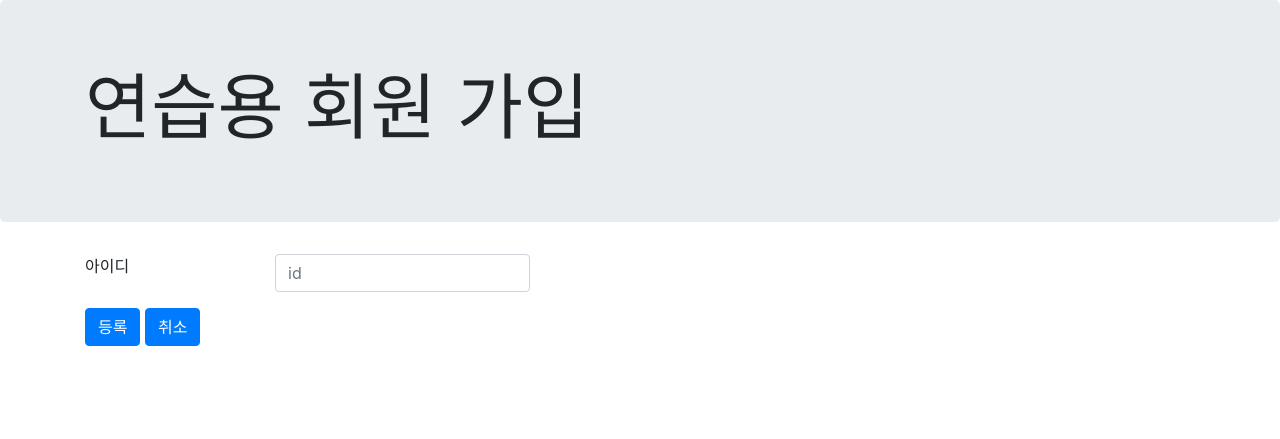
Repository: hodob/JSP_Practice
Page: http://localhost/JSP_WebMarket_JJH/ch06_ex/sign_up.jsp
The author's editor kept a copy of each file at every save. The page is drawn from the files as they stood at one save, then again after the next save.
The browser window is 1280 px wide. The pictures show the whole page.
The page is served by Tomcat 9.

Above is the page before, as saved 2022-08-10 07:52:07.

After the next save:
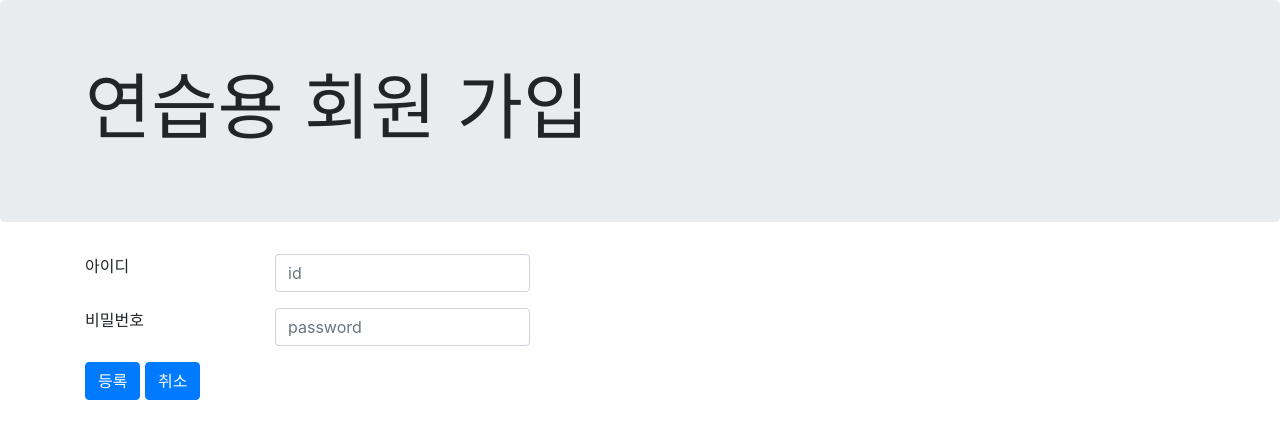
Saved 11 s later.
--- a/JSP_WebMarket_JJH/WebContent/ch06_ex/sign_up.jsp
+++ b/JSP_WebMarket_JJH/WebContent/ch06_ex/sign_up.jsp
@@ -31,18 +31,31 @@
 	</div>
 
 	<div class="container">
-		<form name="newMember" class="form-horizontal"  action="process_sign_up.jsp" method="post" onsubmit="return checkForm()">
+		<form name="newMember" class="form-horizontal"
+			action="process_sign_up.jsp" method="post"
+			onsubmit="return checkForm()">
 			<div class="form-group  row">
 				<label class="col-sm-2 ">아이디</label>
 				<div class="col-sm-3">
-					<input name="id" type="text" class="form-control" placeholder="id" >
+					<input name="id" type="text" class="form-control" placeholder="id">
+				</div>
+			</div>
+			<div class="form-group  row">
+				<label class="col-sm-2">비밀번호</label>
+				<div class="col-sm-3">
+					<input name="password" type="text" class="form-control"
+						placeholder="password">
 				</div>
 			</div>
 
+
+
+
 			<div class="form-group  row">
 				<div class="col-sm-offset-2 col-sm-10 ">
-					<input type="submit" class="btn btn-primary " value="등록 " >
-					<input type="reset" class="btn btn-primary " value="취소 " onclick="reset()" >
+					<input type="submit" class="btn btn-primary " value="등록 ">
+					<input type="reset" class="btn btn-primary " value="취소 "
+						onclick="reset()">
 				</div>
 			</div>
 		</form>
